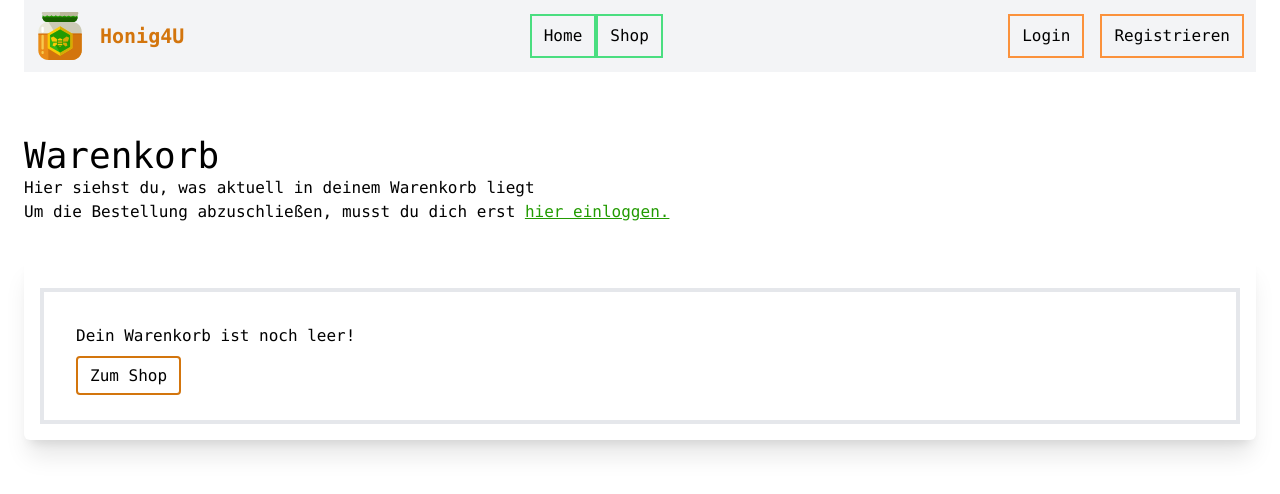
Repository: cainytheslave/PHPHonigShop
Page: http://localhost/warenkorb.php
These files come from the project's save history. The page is drawn as it stood at one moment and after the next save; the edit follows.
The browser window is 1280 px wide. The pictures show the whole page.
The page is run by PHP 8.4 with error messages shown; the project is at /var/www/html/. Style sheets and scripts are compiled from the project's sources, by tool versions that may differ from the author's.

Above is the page before, as saved 2022-03-11 02:01:30.

After the next save:
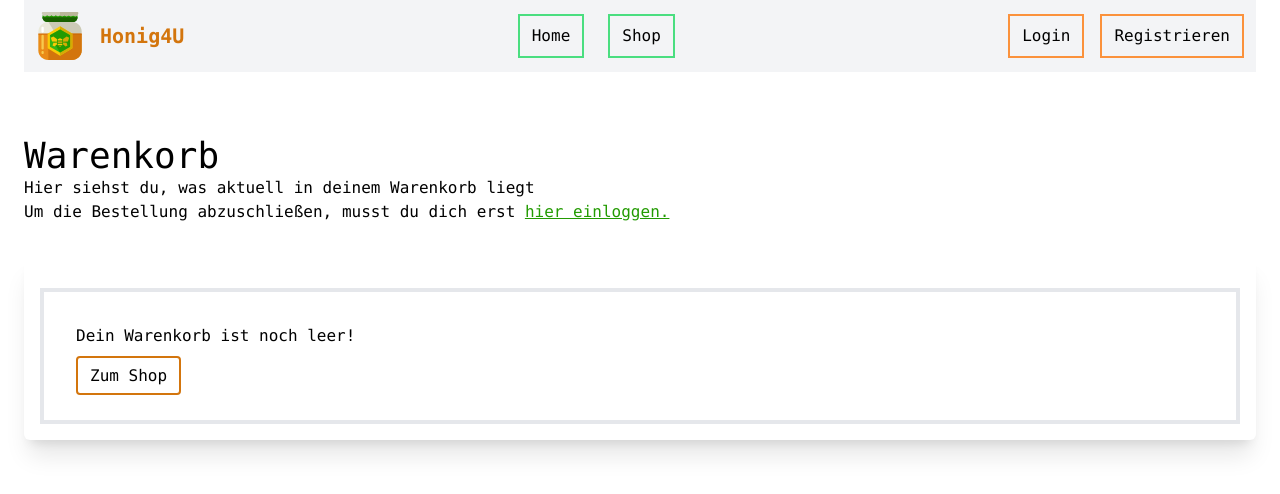
Saved 12 s later.
--- a/includes/header.inc.php
+++ b/includes/header.inc.php
@@ -17,7 +17,7 @@ $einstellungen = require('core/einstellungen.php');
         </div>
 
         <!-- Navigation-->
-        <div class="items-center hidden sm:flex">
+        <div class="items-center hidden gap-6 sm:flex">
             <?= Komponente::link('Home', 'index.php', 'green') ?>
             <?= Komponente::link('Shop', 'shop.php', 'green') ?>
         </div>
